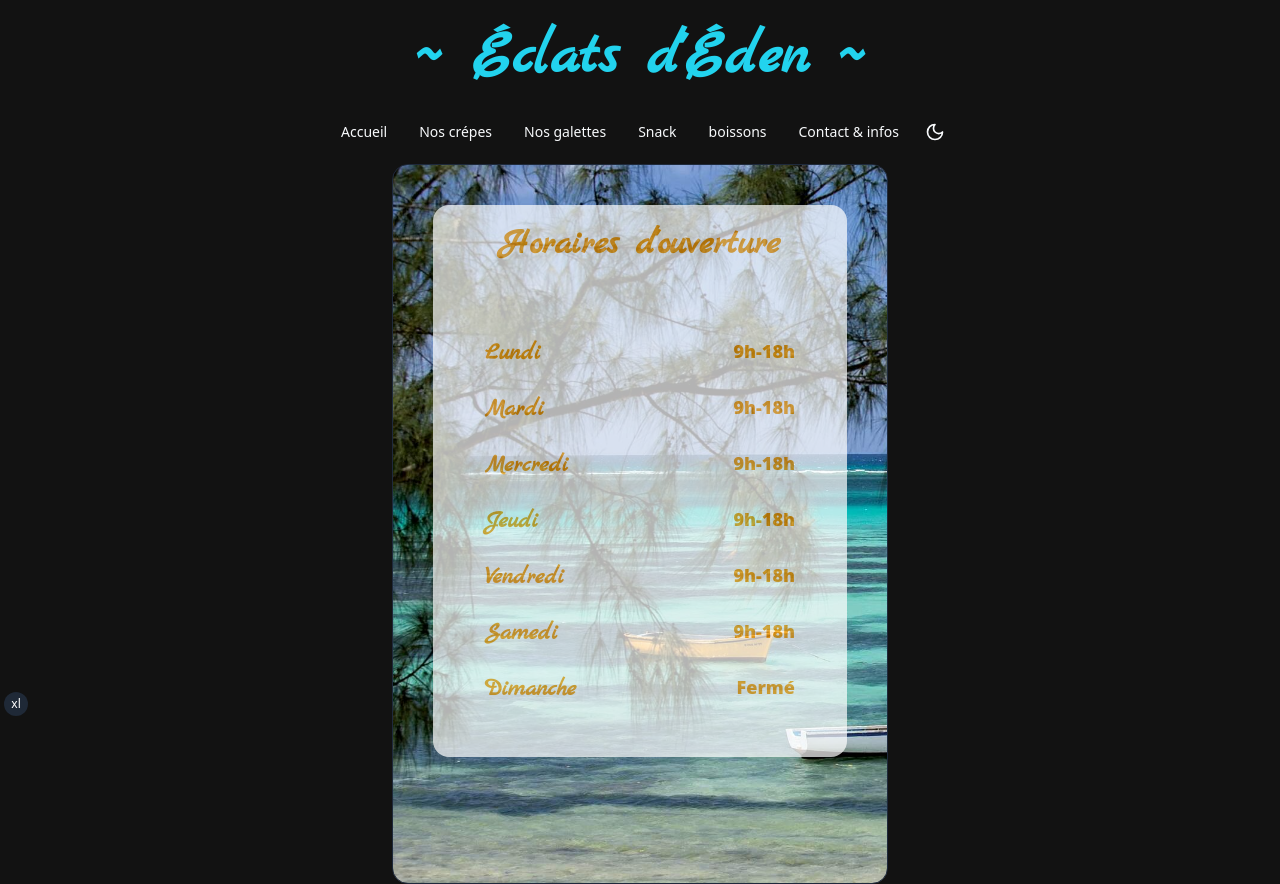
Repository: jeffMauritius/eclats-deden
Page: /schedule
These files come from the project's save history. The page is drawn as it stood at one moment and after the next save; the edit follows.
The browser window is 1280 px wide. The pictures show the whole page.
The project was rebuilt for these pictures with package versions that can differ from the ones it lists, and the page was loaded fresh each time. The framework's server and built-in components were replaced by stand-ins that run in the browser. Also part of the build but not shown: next.config.mjs.

Above is the page before, as saved 2024-08-13 07:34:40.

### app/layout.tsx
// app/layout.
import { Header } from "@/components/layout/Header"
import { TailwindIndicator } from "@/components/TailwindIndicator"
import { SiteConfig } from "@/lib/config"
import { cn } from "@/lib/utils"
import type { Metadata } from "next"
import { Inter, Marck_Script } from "next/font/google"
import { PropsWithChildren } from "react"
import { Providers } from "./Providers"
import "./globals.css"
import { Title } from "@/components/layout/Title"

const fontSans = Inter({ subsets: ["latin"], variable: "--font-sans" })
const fontDisplay = Marck_Script({
  subsets: ["latin"],
  variable: "--font-display",
  weight: "400",
})

export const metadata: Metadata = {
  title: SiteConfig.title,
  description: SiteConfig.description,
}

export default function RootLayout({ children }: PropsWithChildren) {
  return (
    <html lang="en" className="h-full" suppressHydrationWarning>
      <head />
      <body
        className={cn(
          `flex flex-col h-screen bg-background font-sans antialiased p-5`,
          fontSans.variable,
          fontDisplay.variable,
        )}
      >
        <Providers>
          <div className="relative flex flex-col">
            <Title title="Éclats d'Éden" />
            <div>
              <Header />
            </div>
            {children}
          </div>
          <TailwindIndicator />
        </Providers>
      </body>
    </html>
  )
}

### app/schedule/page.tsx
const SchedulePage = () => {
  return (
    <div>
      <div className="flex justify-center">
        <div className="absolute m-auto h-screen w-2/5 rounded-2xl border bg-[url('/maurice.jpeg')] bg-cover ">
          <div className="relative imageUrl={`bg-[url('/riz.jpeg')] bg-cover`}">
            <div className="m-10 h-full rounded-2xl  bg-white opacity-70 ">
              <h1 className="p-5 text-center font-display text-4xl font-bold text-amber-500">
                Horaires d'ouverture
              </h1>

              <div>
                <div className="rounded  p-10 font-extrabold text-amber-500">
                  <div className="flex justify-between p-3  font-display text-2xl ">
                    <div>Lundi</div>
                    <div className="font-body text-lg">9h-18h</div>
                  </div>
                  <div className="flex justify-between  p-3  font-display text-2xl ">
                    <div>Mardi</div>
                    <div className="font-body text-lg">9h-18h</div>
                  </div>
                  <div className="flex justify-between  p-3  font-display text-2xl ">
                    <div>Mercredi</div>
                    <div className="font-body text-lg">9h-18h</div>
                  </div>
                  <div className="flex justify-between  p-3  font-display text-2xl ">
                    <div>Jeudi</div>
                    <div className="font-body text-lg">9h-18h</div>
                  </div>
                  <div className="flex justify-between  p-3  font-display text-2xl ">
                    <div>Vendredi</div>
                    <div className="font-body text-lg">9h-18h</div>
                  </div>
                  <div className="flex justify-between  p-3  font-display text-2xl ">
                    <div>Samedi</div>
                    <div className="font-body text-lg">9h-18h</div>
                  </div>
                  <div className="flex justify-between  p-3  font-display text-2xl ">
                    <div>Dimanche</div>
                    <div className="font-body text-lg">Fermé</div>
                  </div>
                </div>
              </div>
            </div>
          </div>
        </div>
      </div>
    </div>
  )
}

export default SchedulePage

### src/components/layout/Header.tsx
"use client"

import { ThemeToggle } from "../ThemeToggle"
import NavigationMenuComponent from "./NavigationMenu"

export function Header() {
  return (
    <header className=" z-30 w-full">
      <div className=" container flex  flex-col  items-center space-x-4 pt-3 sm:justify-between sm:space-x-0">
        <div className="flex flex-auto justify-center py-3">
          <NavigationMenuComponent />
          <ThemeToggle />
        </div>
      </div>
    </header>
  )
}

### src/lib/config.ts
export const SiteConfig = {
  title: "Camille snack",
  description: "La Cuvette Beach, Grand Baie, Île Maurice",
} as const

### app/Providers.tsx
"use client"

import { SessionProvider } from "next-auth/react"
import { ThemeProvider } from "next-themes"
import { PropsWithChildren } from "react"
import { Toaster } from "react-hot-toast"

export const Providers = ({ children }: PropsWithChildren) => {
  return (
    <>
      <ThemeProvider attribute="class" defaultTheme="dark" enableSystem>
        <Toaster />
        <SessionProvider>{children}</SessionProvider>
      </ThemeProvider>
    </>
  )
}

### app/globals.css
@tailwind base;
  @tailwind components;
  @tailwind utilities;

  @layer base {
    :root {
      --background: 0 0% 100%;
      --foreground: 222.2 84% 4.9%;

      --card: 0 0% 100%;
      --card-foreground: 222.2 84% 4.9%;

      --popover: 0 0% 100%;
      --popover-foreground: 222.2 84% 4.9%;

      --primary: 222.2 47.4% 11.2%;
      --primary-foreground: 210 40% 98%;

      --secondary: 210 40% 96.1%;
      --secondary-foreground: 222.2 47.4% 11.2%;

      --muted: 210 40% 96.1%;
      --muted-foreground: 215.4 16.3% 46.9%;

      --accent: 210 40% 96.1%;
      --accent-foreground: 222.2 47.4% 11.2%;

      --destructive: 0 84.2% 60.2%;
      --destructive-foreground: 210 40% 98%;

      --border: 214.3 31.8% 91.4%;
      --input: 214.3 31.8% 91.4%;
      --ring: 222.2 84% 4.9%;

      --radius: 0.5rem;
    }

    .dark {
      --background: rgb(10, 11, 10);
      --foreground: 210 40% 98%;

      --card: rgb(10, 11, 10);
      --card-foreground: 210 40% 98%;

      --popover: 222.2 84% 4.9%;
      --popover-foreground: 210 40% 98%;

      --primary: 210 40% 98%;
      --primary-foreground: 222.2 47.4% 11.2%;

      --secondary: 217.2 32.6% 17.5%;
      --secondary-foreground: 210 40% 98%;

      --muted: 217.2 32.6% 17.5%;
      --muted-foreground: 215 20.2% 65.1%;

      --accent: 217.2 32.6% 17.5%;
      --accent-foreground: 210 40% 98%;

      --destructive: 0 62.8% 30.6%;
      --destructive-foreground: 210 40% 98%;

      --border: 217.2 32.6% 17.5%;
      --input: 217.2 32.6% 17.5%;
      --ring: 212.7 26.8% 83.9%;
    }
  }

  @layer base {
    * {
      @apply border-border;
    }
    @font-face {
      font-family: 'Marck Script';
      font-style: normal;
      font-weight: 400;
      font-display: swap;
      src: url(/fonts/MarckScript-Regular.ttf) format('ttf');
    }
    body {
      @apply bg-background text-foreground;
    }
  }

### src/components/layout/Title.tsx
interface TitleProps {
  title: string
}

export function Title({ title }: TitleProps) {
  return (
    <div className="flex flex-auto justify-center ">
      <h1
        className={`pt-2 font-display text-4xl font-bold text-cyan-400 md:text-6xl`}
      >
        {" "}
        {`~ ${title} ~`}
      </h1>
    </div>
  )
}

### src/components/ThemeToggle.tsx
"use client"

import { Button } from "@/components/ui/button"
import { Moon, Sun } from "lucide-react"
import { useTheme } from "next-themes"

export function ThemeToggle() {
  const { setTheme, theme } = useTheme()

  return (
    <Button
      variant="ghost"
      size="icon"
      onClick={() => setTheme(theme === "light" ? "dark" : "light")}
    >
      <Sun className="h-6 w-[1.3rem] dark:hidden" />
      <Moon className="hidden size-5 dark:block" />
      <span className="sr-only">Toggle theme</span>
    </Button>
  )
}

### src/components/layout/NavigationMenu.tsx
"use client"

import {
  NavigationMenu,
  NavigationMenuLink,
  navigationMenuTriggerStyle,
} from "@/components/ui/navigation-menu"
import { navigationData } from "./navigationData"
import { useClientMediaQuery } from "@/lib/isMobileDevice"

const NavigationMenuComponent = () => {
  const isMobile = useClientMediaQuery("(max-width: 600px)")
  return (
    <NavigationMenu>
      {!isMobile &&
        navigationData.map((item, index) => (
          <NavigationMenuLink
            className={navigationMenuTriggerStyle()}
            key={index}
            href={item.link}
          >
            {item.title}
          </NavigationMenuLink>
        ))}
    </NavigationMenu>
  )
}

export default NavigationMenuComponent

### src/components/ui/button.tsx
import * as React from "react"
import { Slot } from "@radix-ui/react-slot"
import { cva, type VariantProps } from "class-variance-authority"

import { cn } from "@/lib/utils"

const buttonVariants = cva(
  "inline-flex items-center justify-center whitespace-nowrap rounded-md text-sm font-medium ring-offset-background transition-colors focus-visible:outline-none focus-visible:ring-2 focus-visible:ring-ring focus-visible:ring-offset-2 disabled:pointer-events-none disabled:opacity-50",
  {
    variants: {
      variant: {
        default: "bg-primary text-primary-foreground hover:bg-primary/90",
        destructive:
          "bg-destructive text-destructive-foreground hover:bg-destructive/90",
        outline:
          "border border-input bg-background hover:bg-accent hover:text-accent-foreground",
        secondary:
          "bg-secondary text-secondary-foreground hover:bg-secondary/80",
        ghost: "hover:bg-accent hover:text-accent-foreground",
        link: "text-primary underline-offset-4 hover:underline",
      },
      size: {
        default: "h-10 px-4 py-2",
        sm: "h-9 rounded-md px-3",
        lg: "h-11 rounded-md px-8",
        icon: "size-10",
      },
    },
    defaultVariants: {
      variant: "default",
      size: "default",
    },
  },
)

export interface ButtonProps
  extends React.ButtonHTMLAttributes<HTMLButtonElement>,
    VariantProps<typeof buttonVariants> {
  asChild?: boolean
}

const Button = React.forwardRef<HTMLButtonElement, ButtonProps>(
  ({ className, variant, size, asChild = false, ...props }, ref) => {
    const Comp = asChild ? Slot : "button"
    return (
      <Comp
        className={cn(buttonVariants({ variant, size, className }))}
        ref={ref}
        {...props}
      />
    )
  },
)
Button.displayName = "Button"

export { Button, buttonVariants }

### src/components/ui/navigation-menu.tsx
import * as React from "react"
import * as NavigationMenuPrimitive from "@radix-ui/react-navigation-menu"
import { cva } from "class-variance-authority"
import { ChevronDown } from "lucide-react"

import { cn } from "@/lib/utils"

const NavigationMenu = React.forwardRef<
  React.ElementRef<typeof NavigationMenuPrimitive.Root>,
  React.ComponentPropsWithoutRef<typeof NavigationMenuPrimitive.Root>
>(({ className, children, ...props }, ref) => (
  <NavigationMenuPrimitive.Root
    ref={ref}
    className={cn(
      "relative z-10 flex max-w-max flex-1 items-center justify-center",
      className,
    )}
    {...props}
  >
    {children}
    <NavigationMenuViewport />
  </NavigationMenuPrimitive.Root>
))
NavigationMenu.displayName = NavigationMenuPrimitive.Root.displayName

const NavigationMenuList = React.forwardRef<
  React.ElementRef<typeof NavigationMenuPrimitive.List>,
  React.ComponentPropsWithoutRef<typeof NavigationMenuPrimitive.List>
>(({ className, ...props }, ref) => (
  <NavigationMenuPrimitive.List
    ref={ref}
    className={cn(
      "group flex flex-1 list-none items-center justify-center space-x-1",
      className,
    )}
    {...props}
  />
))
NavigationMenuList.displayName = NavigationMenuPrimitive.List.displayName

const NavigationMenuItem = NavigationMenuPrimitive.Item

const navigationMenuTriggerStyle = cva(
  "group inline-flex h-10 w-max items-center justify-center rounded-md bg-background px-4 py-2 text-sm font-medium transition-colors hover:bg-accent hover:text-accent-foreground focus:bg-accent focus:text-accent-foreground focus:outline-none disabled:pointer-events-none disabled:opacity-50 data-[active]:bg-accent/50 data-[state=open]:bg-accent/50",
)

const NavigationMenuTrigger = React.forwardRef<
  React.ElementRef<typeof NavigationMenuPrimitive.Trigger>,
  React.ComponentPropsWithoutRef<typeof NavigationMenuPrimitive.Trigger>
>(({ className, children, ...props }, ref) => (
  <NavigationMenuPrimitive.Trigger
    ref={ref}
    className={cn(navigationMenuTriggerStyle(), "group", className)}
    {...props}
  >
    {children}{" "}
    <ChevronDown
      className="relative top-px ml-1 size-3 transition duration-200 group-data-[state=open]:rotate-180"
      aria-hidden="true"
    />
  </NavigationMenuPrimitive.Trigger>
))
NavigationMenuTrigger.displayName = NavigationMenuPrimitive.Trigger.displayName

const NavigationMenuContent = React.forwardRef<
  React.ElementRef<typeof NavigationMenuPrimitive.Content>,
  React.ComponentPropsWithoutRef<typeof NavigationMenuPrimitive.Content>
>(({ className, ...props }, ref) => (
  <NavigationMenuPrimitive.Content
    ref={ref}
    className={cn(
      "left-0 top-0 w-full data-[motion^=from-]:animate-in data-[motion^=to-]:animate-out data-[motion^=from-]:fade-in data-[motion^=to-]:fade-out data-[motion=from-end]:slide-in-from-right-52 data-[motion=from-start]:slide-in-from-left-52 data-[motion=to-end]:slide-out-to-right-52 data-[motion=to-start]:slide-out-to-left-52 md:absolute md:w-auto ",
      className,
    )}
    {...props}
  />
))
NavigationMenuContent.displayName = NavigationMenuPrimitive.Content.displayName

const NavigationMenuLink = NavigationMenuPrimitive.Link

const NavigationMenuViewport = React.forwardRef<
  React.ElementRef<typeof NavigationMenuPrimitive.Viewport>,
  React.ComponentPropsWithoutRef<typeof NavigationMenuPrimitive.Viewport>
>(({ className, ...props }, ref) => (
  <div className={cn("absolute left-0 top-full flex justify-center")}>
    <NavigationMenuPrimitive.Viewport
      className={cn(
        "origin-top-center relative mt-1.5 h-[var(--radix-navigation-menu-viewport-height)] w-full overflow-hidden rounded-md border bg-popover text-popover-foreground shadow-lg data-[state=open]:animate-in data-[state=closed]:animate-out data-[state=closed]:zoom-out-95 data-[state=open]:zoom-in-90 md:w-[var(--radix-navigation-menu-viewport-width)]",
        className,
      )}
      ref={ref}
      {...props}
    />
  </div>
))
NavigationMenuViewport.displayName =
  NavigationMenuPrimitive.Viewport.displayName

const NavigationMenuIndicator = React.forwardRef<
  React.ElementRef<typeof NavigationMenuPrimitive.Indicator>,
  React.ComponentPropsWithoutRef<typeof NavigationMenuPrimitive.Indicator>
>(({ className, ...props }, ref) => (
  <NavigationMenuPrimitive.Indicator
    ref={ref}
    className={cn(
      "top-full z-[1] flex h-1.5 items-end justify-center overflow-hidden data-[state=visible]:animate-in data-[state=hidden]:animate-out data-[state=hidden]:fade-out data-[state=visible]:fade-in",
      className,
    )}
    {...props}
  >
    <div className="relative top-[60%] size-2 rotate-45 rounded-tl-sm bg-border shadow-md" />
  </NavigationMenuPrimitive.Indicator>
))
NavigationMenuIndicator.displayName =
  NavigationMenuPrimitive.Indicator.displayName

export {
  navigationMenuTriggerStyle,
  NavigationMenu,
  NavigationMenuList,
  NavigationMenuItem,
  NavigationMenuContent,
  NavigationMenuTrigger,
  NavigationMenuLink,
  NavigationMenuIndicator,
  NavigationMenuViewport,
}

### src/components/layout/navigationData.ts
export const navigationData = [
    {
        title: "Accueil",
        link: "/",
    },
    {
        title: "Nos crépes",
        link: "/crepes",
    },
    {
        title: "Nos galettes",
        link: "/galettes",
    },
    {
        title: "Snack",
        link: "/snack",
    },
    {
        title: "boissons",
        link: "/boissons",
    },
    {
        title: "Contact & infos",
        link: "/location",
    },

]

export const navigationDataMobile = [
    {
        title: "Accueil",
        link: "/",
    },
    {
        title: "Horaires d'ouverture",
        link: "/schedule",
    },
    {
        title: "Contact & infos",
        link: "/location",
    },

]

### src/lib/isMobileDevice.ts
'use client'

import { useEffect, useState } from 'react'

export function useClientMediaQuery(query: string) {
  const [matches, setMatches] = useState(false)

  useEffect(() => {
    const mediaQueryList = window.matchMedia(query)

    const handleMatchChange = (e: MediaQueryListEvent) => {
      setMatches(e.matches)
    }

    mediaQueryList.addEventListener('change', handleMatchChange)
    setMatches(mediaQueryList.matches)

    return () => {
      mediaQueryList.removeEventListener('change', handleMatchChange)
    }
  }, [query])

  return matches
}

### tailwind.config.ts
import type { Config } from "tailwindcss"

const config = {
  darkMode: ["class"],
  content: [
    "./pages/**/*.{ts,tsx}",
    "./components/**/*.{ts,tsx}",
    "./app/**/*.{ts,tsx}",
    "./src/**/*.{ts,tsx}",
  ],
  prefix: "",
  theme: {
    container: {
      center: true,
      padding: "2rem",
      screens: {
        "2xl": "1400px",
      },
    },
    fontFamily: {
      'display': ['"Marck Script"', 'cursive'],
      'body': ['"Open Sans"', 'sans-serif'],
    },
    extend: {
      colors: {
        border: "hsl(var(--border))",
        input: "hsl(var(--input))",
        ring: "hsl(var(--ring))",
        background: "hsl(var(--background))",
        foreground: "hsl(var(--foreground))",
        primary: {
          DEFAULT: "hsl(var(--primary))",
          foreground: "hsl(var(--primary-foreground))",
        },
        secondary: {
          DEFAULT: "hsl(var(--secondary))",
          foreground: "hsl(var(--secondary-foreground))",
        },
        destructive: {
          DEFAULT: "hsl(var(--destructive))",
          foreground: "hsl(var(--destructive-foreground))",
        },
        muted: {
          DEFAULT: "hsl(var(--muted))",
          foreground: "hsl(var(--muted-foreground))",
        },
        accent: {
          DEFAULT: "hsl(var(--accent))",
          foreground: "hsl(var(--accent-foreground))",
        },
        popover: {
          DEFAULT: "hsl(var(--popover))",
          foreground: "hsl(var(--popover-foreground))",
        },
        card: {
          DEFAULT: "hsl(var(--card))",
          foreground: "hsl(var(--card-foreground))",
        },
      },
      borderRadius: {
        lg: "var(--radius)",
        md: "calc(var(--radius) - 2px)",
        sm: "calc(var(--radius) - 4px)",
      },
      keyframes: {
        "accordion-down": {
          from: { height: "0" },
          to: { height: "var(--radix-accordion-content-height)" },
        },
        "accordion-up": {
          from: { height: "var(--radix-accordion-content-height)" },
          to: { height: "0" },
        },
      },
      animation: {
        "accordion-down": "accordion-down 0.2s ease-out",
        "accordion-up": "accordion-up 0.2s ease-out",
      },
    },
  },
  plugins: [require("tailwindcss-animate")],
} satisfies Config

export default config

Loaded but not shown: src/components/TailwindIndicator.tsx (common file); src/lib/utils.ts (common file)

After the next save:
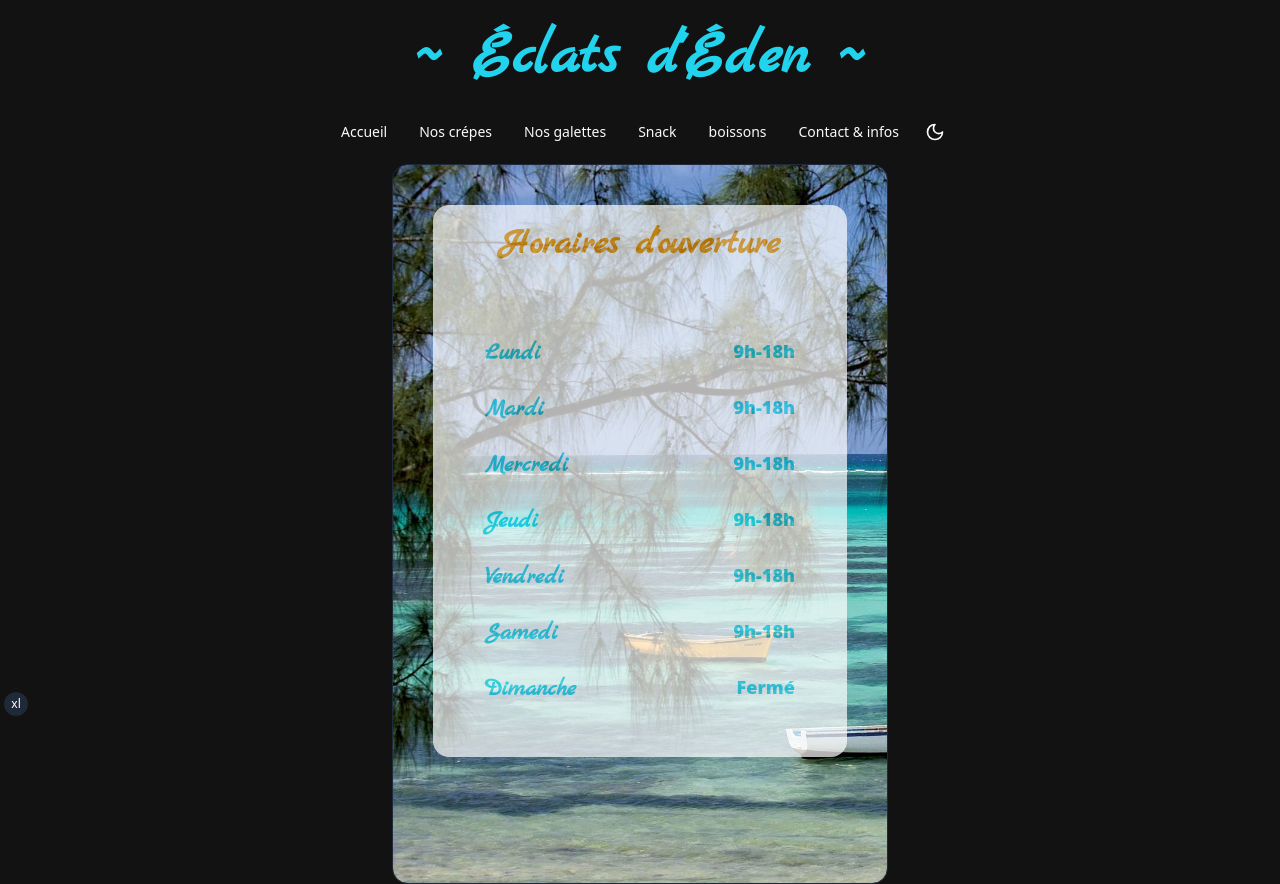
Saved 53 s later.
--- a/app/schedule/page.tsx
+++ b/app/schedule/page.tsx
@@ -10,7 +10,7 @@ const SchedulePage = () => {
               </h1>
 
               <div>
-                <div className="rounded  p-10 font-extrabold text-amber-500">
+                <div className="rounded  p-10 font-extrabold text-cyan-400">
                   <div className="flex justify-between p-3  font-display text-2xl ">
                     <div>Lundi</div>
                     <div className="font-body text-lg">9h-18h</div>
